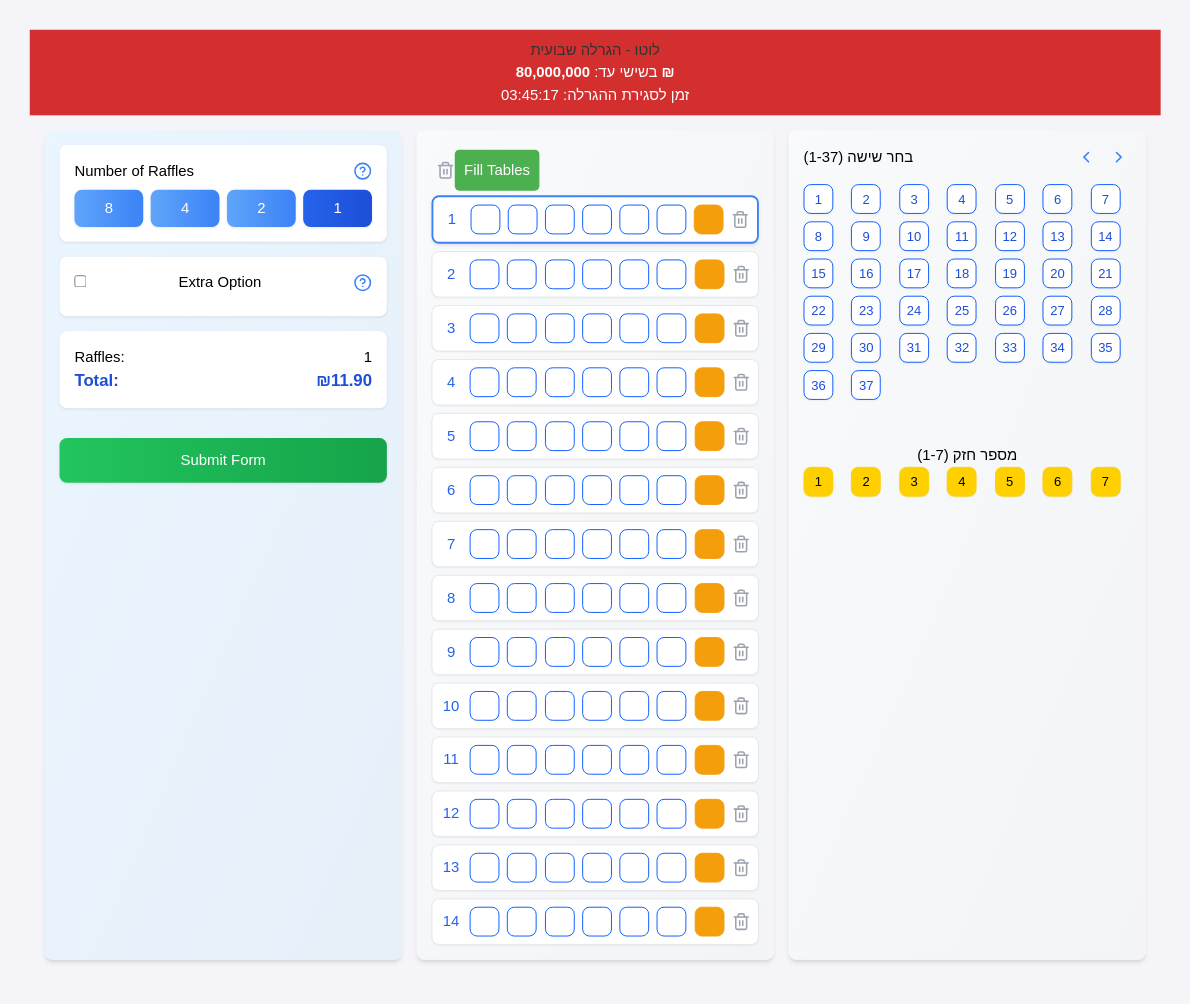
Repository: Giltih/LottoForm1
Page: /
An editor plug-in stored every save of this project. The page is shown before and after the next save, followed by the edit.
The browser window is 1280 px wide. The pictures show the whole page, at 93% of full size.
The project was rebuilt for these pictures with package versions that can differ from the ones it lists, and the page was loaded fresh each time. Also part of the build but not shown: vite.config.ts.

Above is the page before, as saved 2025-02-23 21:26:18.

### src/index.css

@tailwind base;
@tailwind components;
@tailwind utilities;

body {
  font-family: Arial, sans-serif;
  background-color: #f4f4f9;
  margin: 0;
  padding: 0;
}

h1, h2 {
  color: #333;
}

button {
  background-color: #4CAF50;
  color: white;
  border: none;
  border-radius: 5px;
  padding: 10px;
  cursor: pointer;
}

button:hover {
  background-color: #45a049;
}

### src/App.tsx
import React from 'react';
import Header from './components/Header';
import './App.css';
import LotteryInterface from './components/LotteryInterface';

const App: React.FC = () => {

  return (
    <div className="app-container">
      <Header />
        <LotteryInterface />
        {/* <div className="left-section">
          <LotteryAmountSelector selectedDraws={draws} onChange={setDraws} />
          <ExtraOption isSelected={isExtraSelected} onChange={setIsExtraSelected} />
          <StrongNumberSelector selectedStrongNumber={strongNumber} onStrongNumberSelect={setStrongNumber} />
          <PriceSummary tables={tableCount} draws={draws} isExtraSelected={isExtraSelected} />
        </div>
        <div className='middle-section'>vibe</div>
        <div className="right-section">
          <LottoForm
            tableCount={tableCount}
            selectedNumbers={selectedNumbers}
            onNumberSelect={handleNumberSelect}
          />
        </div> */}
      </div>
  );
};

export default App;

### src/components/Header.tsx
import React from 'react';

const Header: React.FC = () => {
  return (
    <header style={{ backgroundColor: '#d32f2f', color: '#fff', padding: '10px', textAlign: 'center' }}>
      <h1>לוטו - הגרלה שבועית</h1>
      <p>בשישי עד: <span style={{ fontWeight: 'bold' }}>80,000,000 ₪</span></p>
      <p>זמן לסגירת ההגרלה: 03:45:17</p>
    </header>
  );
};

export default Header;

### src/App.css
#root { margin: 0 auto; padding: 2rem; text-align: center; width: 1280px; }

### src/components/LotteryInterface.tsx
import React, { useState } from "react";
import { Trash2, HelpCircle, ChevronLeft, ChevronRight } from "lucide-react";
import { Card } from "./ui/Card";
import "../Lottery.css";


interface TableData {
  regular: (number | null)[];
  strong: number | null;
}
//new interface//
interface ColumnProps {
  selectedTable?: number;
  selectedRaffles?: number;
  tables?: TableData[];
  handleRaffleSelection?: (count: number) => void;
  setSelectedTable?: (table: number) => void;
  clearTable?: (index: number) => void;
  handleNumberSelection?: (
    tableIndex: number,
    number: number,
    isStrong?: boolean
  ) => void;
  isNumberSelected?: (
    tableIndex: number,
    number: number,
    isStrong?: boolean
  ) => boolean;
}

const clamp = (val:number, min:number, max:number) => Math.min(Math.max(val, min), max)

const LotteryInterface: React.FC = () => {
  const [selectedTable, setSelectedTable] = useState<number>(1);
  const [tables, setTables] = useState<TableData[]>(
    Array(14)
      .fill(null)
      .map(() => ({
        regular: Array(6).fill(null),
        strong: null,
      }))
  );
  const [selectedRaffles, setSelectedRaffles] = useState<number>(1);
  const [extraSelected, setExtraSelected]= useState<boolean>(false);
  const BASE_PRICE: number = 11.9;
  const EXTRA: number = 7.0;


  const onChange = () => {
    setExtraSelected(!extraSelected)
  }

  const calculateTotalPrice = (raffles: number): string => {
    return (BASE_PRICE * raffles + EXTRA * Number(extraSelected)).toFixed(2);
  };


  const handleRaffleSelection = (count: number): void => {
      setSelectedRaffles(count)
  };

  const isNumberSelected = (
    tableIndex: number,
    number: number,
    isStrong: boolean = false
  ): boolean => {
    const table = tables[tableIndex];
    if (isStrong) {
      return table.strong === number;
    }
    return table.regular.includes(number);
  };
  const checkTableFilled = (tableIndex: number) => {
    const currentTable = tables[tableIndex]
    return currentTable.regular.every(e => e !== null) && currentTable.strong !==null
  }
  const handleNumberSelection = (
    tableIndex: number,
    number: number,
    isStrong: boolean = false
  ): void => {
    const newTables = [...tables];
    if (isNumberSelected(tableIndex, number, isStrong)) {
      if(isStrong){
        newTables[tableIndex].strong=null
      }
      else{
        const index = (
          newTables[tableIndex].regular.findIndex(n => n===number
          )
        )
        newTables[tableIndex].regular[index]=null
      }
    }
    else {
      if (isStrong) {
        newTables[tableIndex].strong = number;
      } else {
        const regularNumbers = newTables[tableIndex].regular;
        const firstEmpty = regularNumbers.indexOf(null);
        if (firstEmpty !== -1) {
          regularNumbers[firstEmpty] = number;
        }
      }
      const isFilled = checkTableFilled(tableIndex)
      if (isFilled){
        setSelectedTable(clamp(selectedTable+1,1,tables.length))
      }
    }

    setTables([...newTables]);
  };

  const clearTable = (tableIndex: number): void => {
    const newTables = [...tables];
    newTables[tableIndex] = {
      regular: Array(6).fill(null),
      strong: null,
    };
    setTables([...newTables]);
  };

  const randomFillUniqueArray = (size: number, range: number): number[] => {
    if (size > range) {
        throw new Error("Size cannot be greater than range");
    }

    let availableNumbers = Array.from({ length: range }, (_, i) => i + 1);
    const arr: number[] = [];

    for (let i = 0; i < size; i++) {
        const randomIndex = Math.floor(Math.random() * availableNumbers.length);
        arr.push(availableNumbers[randomIndex]);
        availableNumbers.splice(randomIndex, 1);
    }
  return arr
  }

  const randomFillTables = () => {
    const newTables = tables.map(() => ({
      regular : randomFillUniqueArray(6,37),
      strong : Math.floor(Math.random() * 8) + 1,
    }) )

    setTables([...newTables]);
  };

  const clearTables = () => {
    const newTables = tables.map(() => ({
      regular : Array(6).fill(null),
      strong : null,
    }) )
    setTables([...newTables]);
  }

  const navTableSelection = (b: boolean) => {
    const moveIndex = b ? 1 : -1;
    const newIndex = selectedTable + moveIndex;
    if (newIndex < 1){
      setSelectedTable(tables.length);
    }
    else if (newIndex > tables.length){
      setSelectedTable(1);

    }
    else {
      setSelectedTable(newIndex);
    }
  }

  const getNumberClass = (s: string, val: number | null): string =>
    val == null ? s : s + " highlighted";

  const LeftColumn: React.FC<ColumnProps> = () => (
    <Card className="left-column">
      <div className="left-column-content">
        <div className="raffle-selector">
          <div className="raffle-header">
            <span className="font-medium">Number of Raffles</span>
            <HelpCircle className="help-icon" />
          </div>
          <div className="raffle-buttons">
            {[8, 4, 2, 1].map((num) => (
              <button
                key={num}
                onClick={() => handleRaffleSelection(num)}
                className={`raffle-button ${
                  selectedRaffles === num ? "selected" : ""
                }`}
              >
                {num}
              </button>
            ))}
          </div>
        </div>

        <div className="extra-option">
          <div className="extra-option-header">
          <label>
        <input type="checkbox" checked={extraSelected} onChange={() => onChange()} />
      </label>
            <span>Extra Option</span>
            <HelpCircle className="help-icon" />
          </div>
        </div>

        <div className="summary-section">
          <div className="price-summary">
            <div className="summary-row">
              <span>Raffles:</span>
              <span>{selectedRaffles}</span>
            </div>
            <div className="total-row">
              <span>Total:</span>
              <span>₪{calculateTotalPrice(selectedRaffles)}</span>
            </div>
          </div>
          <button className="submit-button">Submit Form</button>
        </div>
      </div>
    </Card>
  );

  const MiddleColumn: React.FC<ColumnProps> = () => (
    <Card className="middle-column">
      <div className="middle-header">
        <Trash2 id="clear-tables-btn" className="delete-icon" onClick={clearTables} ></Trash2>
        <button id="auto-fill-btn" onClick={randomFillTables}>Fill Tables</button>
      </div>
      <div className="table-list">
        {tables.map((table, tableIndex) => (
          <div
            key={tableIndex}
            className={`table-row ${
              selectedTable === tableIndex + 1 ? "selected" : ""
            }`}
            onClick={() => setSelectedTable(tableIndex + 1)}
          >
            <div className="table-row-content">
              <span className="table-number">{tableIndex + 1}</span>
              <div className="number-grid">
                {table.regular.map((num, i) => (
                  <div key={i} className={getNumberClass('regular-number',num)}>
                    {num}
                  </div>
                ))}
                <div className="strong-number">{table.strong}</div>
              </div>
              <Trash2
                className="delete-icon"
                onClick={(e) => {
                  e.stopPropagation();
                  clearTable(tableIndex);
                }}
              />
            </div>
          </div>
        ))}
      </div>
    </Card>
  );

  const RightColumn: React.FC<ColumnProps> = () => {
    const regularNumbers: number[] = Array(37)
      .fill(null)
      .map((_, i) => i + 1);
    const strongNumbers: number[] = Array(7)
      .fill(null)
      .map((_, i) => i + 1);

    const getNumberButtonClass = (
      number: number,
      isStrong: boolean = false
    ): string => {
      const isSelected = isNumberSelected(selectedTable - 1, number, isStrong);
      return `number-button ${isStrong ? "strong" : "regular"} ${
        isSelected ? "selected" : ""
      }`;
    };

    return (
      <Card className="right-column">
        <div className="number-selector">
          <div className="section-header">
            <span className="section-title">בחר שישה (1-37)</span>
            <div className="navigation-buttons">
           <button className="nav-button" onClick={() => navTableSelection(false)}>
              <ChevronLeft className="nav-icon" />
          </button>
           <button className="nav-button" onClick={() => navTableSelection(true)}>
              <ChevronRight className="nav-icon" />
           </button>
          </div>
          </div>

          <div className="number-grid">
            {regularNumbers.map((num) => (
              <button
                key={num}
                className={getNumberButtonClass(num)}
                onClick={() => handleNumberSelection(selectedTable - 1, num)}
              >
                {num}
              </button>
            ))}
          </div>

          <div className="strong-number-section">
            <span className="section-title">מספר חזק (1-7)</span>
            <div className="number-grid">
              {strongNumbers.map((num) => (
                <button
                  key={num}
                  className={getNumberButtonClass(num, true)}
                  onClick={() =>
                    handleNumberSelection(selectedTable - 1, num, true)
                  }
                >
                  {num}
                </button>
              ))}
            </div>
          </div>
        </div>
      </Card>
    );
  };

  return (
    <div className="lottery-interface">
      <LeftColumn />
      <MiddleColumn />
      <RightColumn />
    </div>
  );
};

export default LotteryInterface;

### src/components/ui/Card.tsx
import React, { ReactNode } from "react";

interface CardProps {
  children: ReactNode;
  className?: string;
}

export const Card: React.FC<CardProps> = ({ children, className = "" }) => {
  return (
    <div className={`bg-white rounded-lg shadow-md ${className}`}>
      {children}
    </div>
  );
};

### src/Lottery.css
.lottery-interface {
  display: grid;
  grid-template-columns: repeat(3, 1fr);
  gap: 1rem;
  padding: 1rem;
}

/* Left Column Styles */
.left-column {
  padding: 1rem;
  height: 100%;
  background: linear-gradient(to bottom right, #ebf5ff, #e6f0f9);
}

.left-column-content {
  display: flex;
  flex-direction: column;
  gap: 1rem;
}

.raffle-selector,
.extra-option {
  background: white;
  padding: 1rem;
  border-radius: 0.5rem;
  box-shadow: 0 1px 3px rgba(0, 0, 0, 0.1);
}

.raffle-header,
.extra-option-header {
  display: flex;
  justify-content: space-between;
  align-items: center;
  margin-bottom: 0.5rem;
}

.help-icon {
  width: 1.25rem;
  height: 1.25rem;
  color: #3b82f6;
}

.raffle-buttons {
  display: grid;
  grid-template-columns: repeat(4, 1fr);
  gap: 0.5rem;
}

.raffle-button {
  padding: 0.5rem;
  border-radius: 0.5rem;
  box-shadow: 0 1px 3px rgba(0, 0, 0, 0.1);
  transition: all 0.2s;
  background: linear-gradient(to right, #60a5fa, #3b82f6);
  color: white;
}

.raffle-button.selected {
  background: linear-gradient(to right, #2563eb, #1d4ed8);
}

.raffle-button:hover:not(.selected) {
  background: linear-gradient(to right, #3b82f6, #2563eb);
}

.summary-section {
  margin-top: auto;
}

.price-summary {
  background: white;
  padding: 1rem;
  border-radius: 0.5rem;
  box-shadow: 0 1px 3px rgba(0, 0, 0, 0.1);
  margin-bottom: 1rem;
}

.summary-row,
.total-row {
  display: flex;
  justify-content: space-between;
}

.total-row {
  font-size: 1.125rem;
  font-weight: bold;
  color: #1d4ed8;
}

.submit-button {
  width: 100%;
  margin-top: 1rem;
  background: linear-gradient(to right, #22c55e, #16a34a);
  color: white;
  padding: 0.75rem;
  border-radius: 0.5rem;
  box-shadow: 0 1px 3px rgba(0, 0, 0, 0.1);
  font-weight: 500;
  transition: all 0.2s;
}

.submit-button:hover {
  background: linear-gradient(to right, #16a34a, #15803d);
}

/* Middle Column Styles */
.middle-column {
  padding: 1rem;
  height: 100%;
  background: linear-gradient(to bottom right, #f9fafb, #f3f4f6);
}

.middle-header {
  display: flex;
  justify-content: flex-start;
  align-items: center;
  margin: 5px;
}



.table-list {
  display: flex;
  flex-direction: column;
  gap: 0.5rem;
}

.table-row {
  padding: 0.5rem;
  border-radius: 0.5rem;
  cursor: pointer;
  transition: all 0.2s;
  border: 1px solid #e5e7eb;
  background: white;
  box-shadow: 0 1px 2px rgba(0, 0, 0, 0.05);
}

.table-row:hover:not(.selected) {
  border-color: #93c5fd;
}

.table-row.selected {
  border: 2px solid #3b82f6;
  box-shadow: 0 2px 4px rgba(0, 0, 0, 0.1);
}

.table-row-content {
  display: flex;
  align-items: center;
  gap: 0.5rem;
}

.table-number {
  width: 1.5rem;
  font-weight: 500;
  color: #2563eb;
}

.number-grid {
  flex: 1;
  display: grid;
  grid-template-columns: repeat(7, 1fr);
  gap: 0.5rem;
}

.regular-number,
.strong-number {
  width: 2rem;
  height: 2rem;
  border-radius: 0.5rem;
  display: flex;
  align-items: center;
  justify-content: center;
  font-weight: 500;
}

.regular-number {
  color: #ffffff;
  border: 1px solid #0055ff;
}

.regular-number.highlighted {
  background-color: #2a58d6;
}

.strong-number {
  background-color: #f59e0b;
  color: #ffffff;
  border: 1px solid #f59e0b;
}

.delete-icon {
  width: 1.25rem;
  height: 1.25rem;
  color: #9ca3af;
  cursor: pointer;
  transition: color 0.2s;
}

.delete-icon:hover {
  color: #ef4444;
}

/* Right Column Styles */
.right-column {
  padding: 1rem;
  height: 100%;
  background: linear-gradient(to bottom right, #f9fafb, #f3f4f6);
}

.number-selector {
  display: flex;
  flex-direction: column;
  gap: 1rem;
}

.section-header {
  display: flex;
  justify-content: space-between;
  align-items: center;
}

.section-title {
  font-weight: 500;
}

.section-title.regular {
  color: #1d4ed8;
}

.section-title.strong {
  color: #b45309;
}

.navigation-buttons {
  display: flex;
  justify-content: center;
  align-items: center;
  gap: 0.5rem;
}

.nav-button {
 background-color: transparent;
 height: fit-content;
 padding: 0.2rem;
}
.nav-button:hover {
  background-color: #acc5ee;
}

.nav-icon {
  width: 1.25rem;
  height: 1.25rem;
  color: #3b82f6;
}

.number-button {
  display: flex;
  align-items: center;
  justify-content: center;
  width: 2rem;
  height: 2rem;
  font-size: 0.875rem;
  border-radius: 0.5rem;
  box-shadow: 0 1px 2px rgba(0, 0, 0, 0.05);
  transition: all 0.2s;
  font-weight: 500;
}

.number-button.regular {
  background-color: white;
  color: #1d4ed8;
  border: 1px solid #0055ff;
}

.number-button.regular:hover:not(.selected) {
  background: linear-gradient(to bottom right, #dbeafe, #bfdbfe);
}

.number-button.strong {
  background-color: #ffd000;
  color: #000000;
  border: 1px solid #ffd000;
}

.number-button.strong:hover:not(.selected) {
  background: linear-gradient(to bottom right, #fde68a, #fcd34d);
  border: 1px solid #fcd34d;
}

.number-button.selected {
  cursor: pointer;
  background: #1861d6;
  color: white;
}

.number-button.strong.selected {
  background: #f59e0b;
  color: white;
}

.strong-number-section {
  margin-top: 2rem;
}

/* Responsive Styles */
@media (max-width: 1024px) {
  .lottery-interface {
    grid-template-columns: 1fr;
    gap: 2rem;
  }

  .number-grid {
    grid-template-columns: repeat(6, 1fr);
  }

  .raffle-buttons {
    grid-template-columns: repeat(2, 1fr);
  }
}

@media (max-width: 640px) {
  .number-grid {
    grid-template-columns: repeat(4, 1fr);
  }

  .table-row-content {
    flex-direction: column;
    align-items: flex-start;
  }

  .delete-icon {
    align-self: flex-end;
  }
}

### tailwind.config.js
/** @type {import('tailwindcss').Config} */
export default {
  content: ["./index.html", "./src/**/*.{ts,tsx,js,jsx}"],
    theme: {
    extend: {},
  },
  plugins: [],
}

Loaded but not shown: index.html (common file); src/main.tsx (common file)

After the next save:
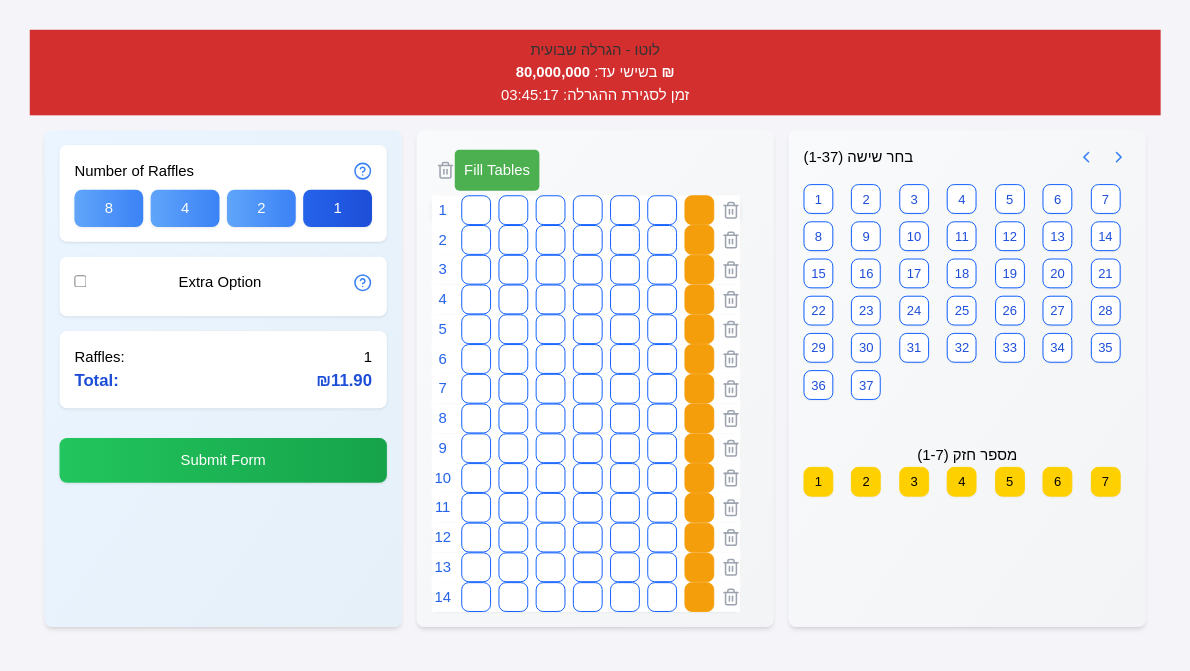
Saved 4 s later.
--- a/src/Lottery.css
+++ b/src/Lottery.css
@@ -117,7 +117,7 @@
   margin: 5px;
 }
 
-
+.cleae
 
 .table-list {
   display: flex;

After the 4 saves that followed:
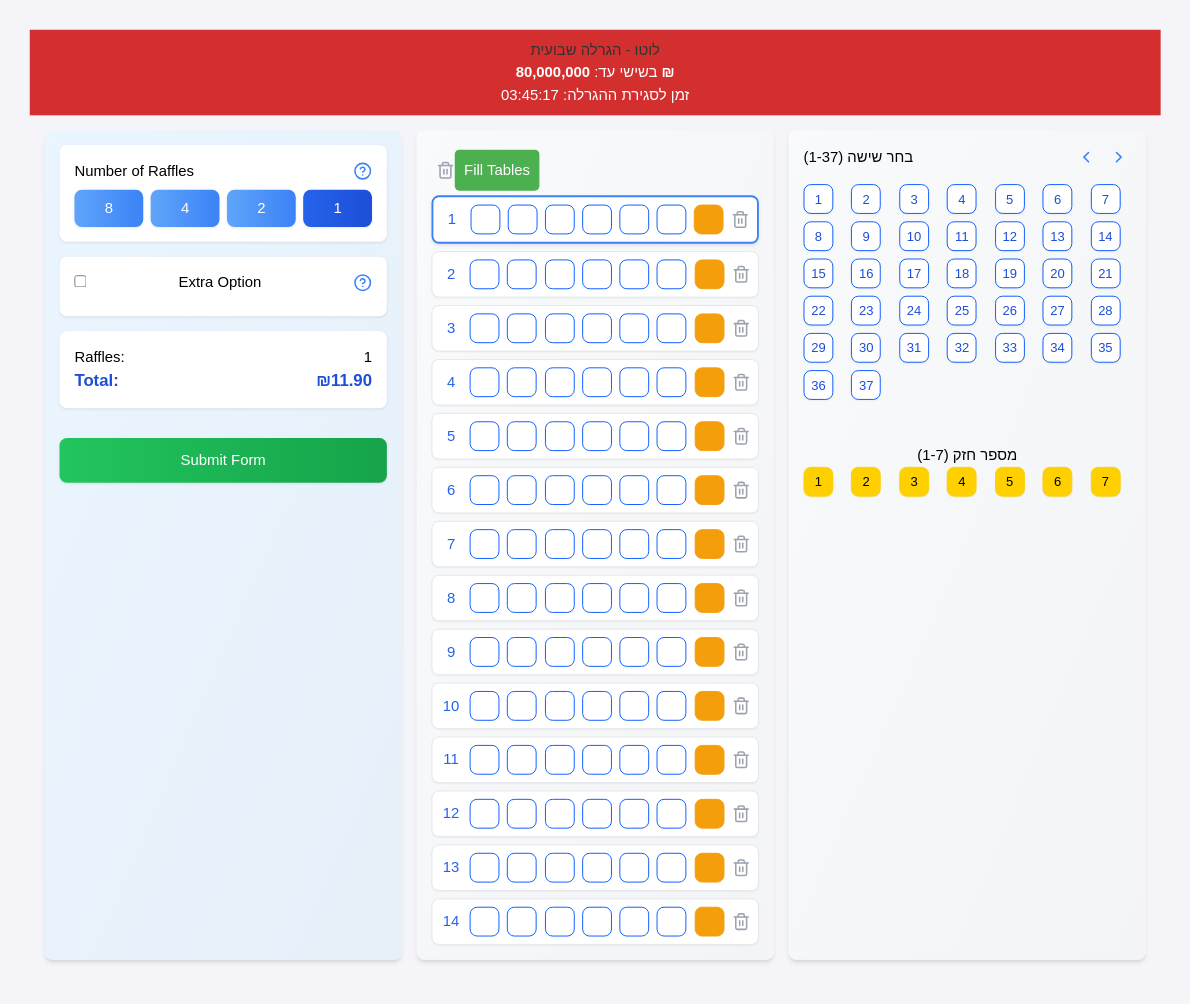
The 4 saves are shown as one change because 1 left the picture as it was and some came seconds apart.
The last was saved 2 min 2 s later.
--- a/src/Lottery.css
+++ b/src/Lottery.css
@@ -117,7 +117,9 @@
   margin: 5px;
 }
 
-.cleae
+.clear-tables-btn {
+
+}
 
 .table-list {
   display: flex;
